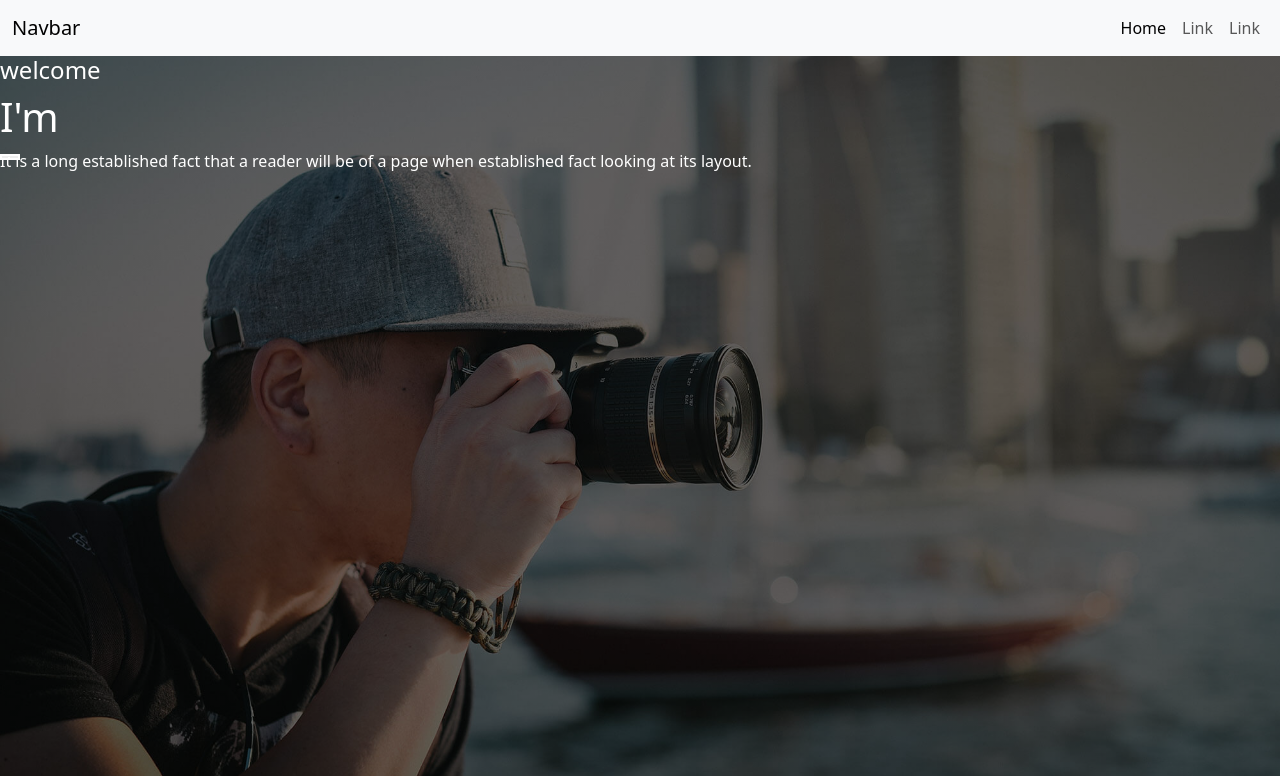
Repository: khaledradwan96/Kerri
Page: index.html
These files come from the project's save history. The page is drawn as it stood at one moment and after the next save; the edit follows.
The browser window is 1280 px wide. The pictures show the whole page.

Above is the page before, as saved 2024-05-06 20:01:06.

After the next save:
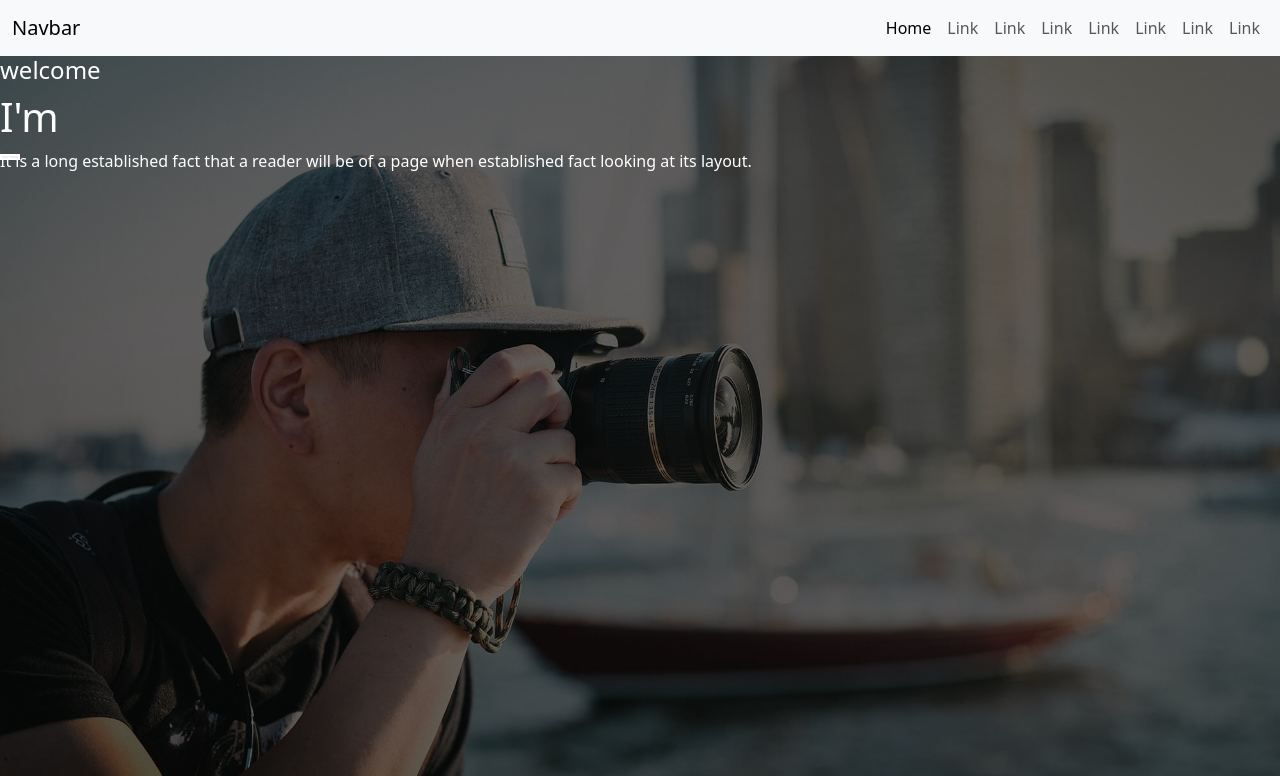
Saved 7 s later.
--- a/index.html
+++ b/index.html
@@ -33,6 +33,21 @@
                     <li class="nav-item">
                         <a class="nav-link" href="#">Link</a>
                     </li>
+                    <li class="nav-item">
+                        <a class="nav-link" href="#">Link</a>
+                    </li>
+                    <li class="nav-item">
+                        <a class="nav-link" href="#">Link</a>
+                    </li>
+                    <li class="nav-item">
+                        <a class="nav-link" href="#">Link</a>
+                    </li>
+                    <li class="nav-item">
+                        <a class="nav-link" href="#">Link</a>
+                    </li>
+                    <li class="nav-item">
+                        <a class="nav-link" href="#">Link</a>
+                    </li>
                     </li>
                 </ul>
             </div>
